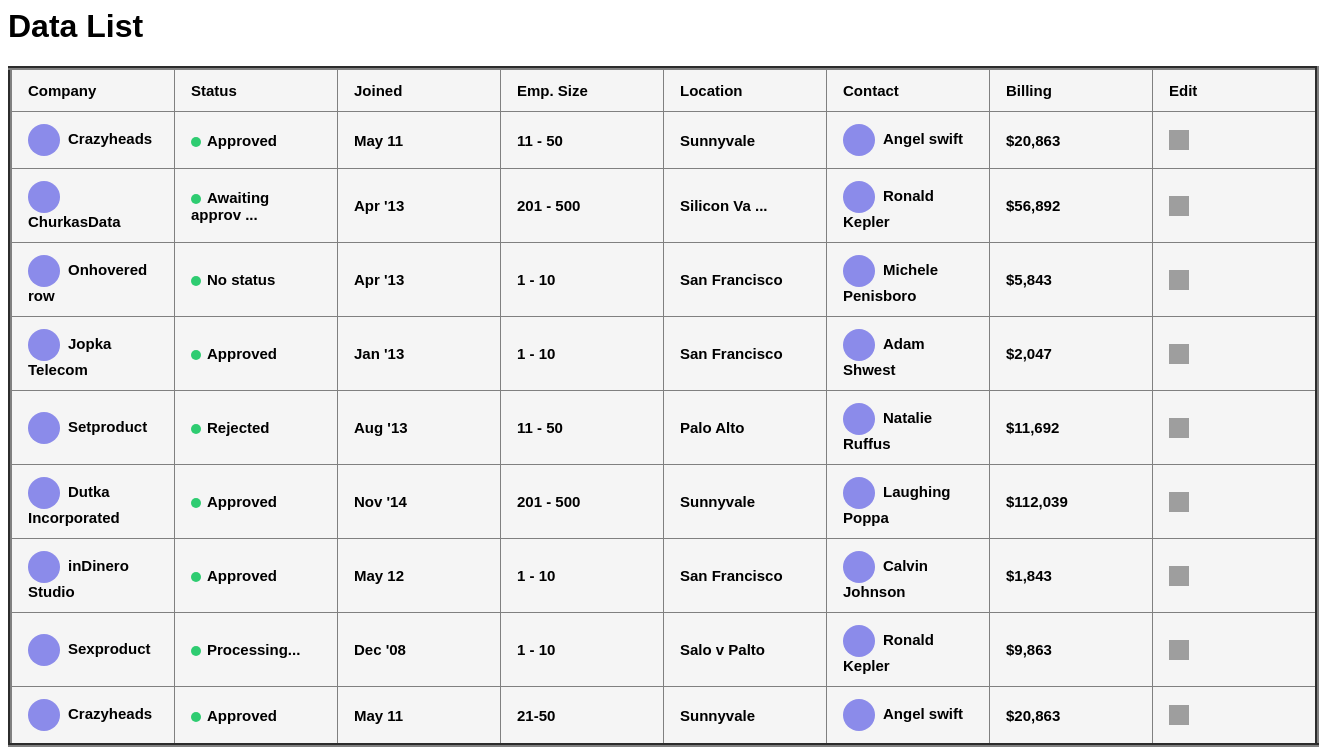
Repository: AdityaTech-Pro/FullStackWithBridgelabz
Page: Assignment2/Data_List/index.html
An editor plug-in stored every save of this project. The page is shown before and after the next save, followed by the edit.
The browser window is 1280 px wide. The page is 1319 px wide, so the pictures cover 1319 px, including what lies to the right of the window. The pictures show the whole page.
Pictures or frames that could not be fetched are drawn as grey boxes.

Above is the page before, as saved 2025-10-15 10:11:32.

### Assignment2/Data_List/index.html
<html>

<head>
    <style>
        body {
            font-family: Arial, Helvetica, sans-serif;
        }

        .center {
            margin-left: auto;
            margin-right: auto;
        }
        /* improve table appearance */

        table.center {
            border-collapse: collapse;
            width: 90%;
            max-width: 1100px;
        }

        table.center th,
        table.center td {
            padding: 12px 16px;
            text-align: left;
            font-size: 15px;
            vertical-align: middle;
            min-width: 130px;
        }

        table.center th {
            background: #f5f5f5;
        }
        /* small icon class for action images */

        .icon {
            width: 20px;
            height: 20px;
            vertical-align: middle;
        }
        /* circular avatar placeholder that can contain an image */

        .avatar {
            display: inline-block;
            width: 32px;
            height: 32px;
            border-radius: 50%;
            background: rgb(139, 139, 234);
            margin-right: 8px;
            vertical-align: middle;
            overflow: hidden;
        }

        .avatar img {
            width: 100%;
            height: 100%;
            object-fit: cover;
            display: block;
        }
        /* small status dot to show approval, pending, etc. */

        .status-dot {
            display: inline-block;
            width: 10px;
            height: 10px;
            border-radius: 50%;
            background: #2ecc71;
            /* green = approved */
            margin-right: 6px;
            vertical-align: middle;
        }

        .status2-dot {
            display: inline-block;
            width: 10px;
            height: 10px;
            border-radius: 50%;
            background: #f50b0b;
            /* green = approved */
            margin-right: 6px;
            vertical-align: middle;
        }
    </style>
</head>
<title>
    <h2>Welcome to My Web Page</h2>
</title>

<body>
    <table border="4" cellspacing="1" cellpadding="4" class="center">
        <h1 class="center">Data List</h1>
        <tr>
            <th>Company</th>
            <th>Status</th>
            <th>Joined</th>
            <th>Emp. Size</th>
            <th>Location</th>
            <th>Contact</th>
            <th>Billing</th>
            <th>Edit</th>
        </tr>

        <tr>
            <th><span class="avatar" id="avatar-crazyheads" title="Add logo"></span>Crazyheads</th>
            <th><span class="status-dot"></span>Approved</th>
            <th>May 11</th>
            <th>11 - 50</th>
            <th>Sunnyvale</th>
            <th><span class="avatar" id="avatar-crazyheads" title="Add logo"></span>Angel swift</th>
            <th>$20,863</th>
            <th>
                <img class="icon " src="https://www.svgrepo.com/show/325130/edit-pencil.svg " alt="Edit ">
            </th>
        </tr>

        <tr>
            <th><span class="avatar" id="avatar-crazyheads" title="Add logo"></span>ChurkasData</th>
            <th><span class="status-dot"></span>Awaiting approv ...</th>
            <th>Apr '13</th>
            <th>201 - 500</th>
            <th> Silicon Va ...</th>
            <th><span class="avatar" id="avatar-crazyheads" title="Add logo"></span>Ronald Kepler</th>
            <th>$56,892</th>
            <th>
                <img class="icon " src="https://www.svgrepo.com/show/325130/edit-pencil.svg " alt="Edit ">
            </th>
        </tr>

        <tr>
            <th><span class="avatar" id="avatar-crazyheads" title="Add logo"></span>Onhovered row</th>
            <th><span class="status-dot"></span>No status</th>
            <th>Apr '13</th>
            <th>1 - 10</th>
            <th>San Francisco</th>
            <th><span class="avatar" id="avatar-crazyheads" title="Add logo"></span>Michele Penisboro</th>
            <th>$5,843</th>
            <th>
                <img class="icon " src="https://www.svgrepo.com/show/325130/edit-pencil.svg " alt="Edit ">
            </th>
        </tr>

        <tr>
            <th><span class="avatar" id="avatar-crazyheads" title="Add logo"></span>Jopka Telecom</th>
            <th><span class="status-dot"></span>Approved</th>
            <th>Jan '13</th>
            <th>1 - 10</th>
            <th>San Francisco</th>
            <th><span class="avatar" id="avatar-crazyheads" title="Add logo"></span>Adam Shwest</th>
            <th>$2,047</th>
            <th>
                <img class="icon " src="https://www.svgrepo.com/show/325130/edit-pencil.svg " alt="Edit ">
            </th>
        </tr>

        <tr>
            <th><span class="avatar" id="avatar-crazyheads" title="Add logo"></span>Setproduct</th>
            <th><span class="status-dot"></span>Rejected</th>
            <th>Aug '13</th>
            <th>11 - 50</th>
            <th>Palo Alto</th>
            <th><span class="avatar" id="avatar-crazyheads" title="Add logo"></span>Natalie Ruffus</th>
            <th>$11,692</th>
            <th>
                <img class="icon " src="https://www.svgrepo.com/show/325130/edit-pencil.svg " alt="Edit ">
            </th>

            <tr>
                <th><span class="avatar" id="avatar-crazyheads" title="Add logo"></span>Dutka Incorporated</th>
                <th><span class="status-dot"></span>Approved</th>
                <th>Nov '14</th>
                <th>201 - 500</th>
                <th>Sunnyvale</th>
                <th><span class="avatar" id="avatar-crazyheads" title="Add logo"></span>Laughing Poppa</th>
                <th>$112,039</th>
                <th>
                    <img class="icon " src="https://www.svgrepo.com/show/325130/edit-pencil.svg " alt="Edit ">
                </th>
            </tr>

            <tr>
                <th><span class="avatar" id="avatar-crazyheads" title="Add logo"></span>inDinero Studio</th>
                <th><span class="status-dot"></span>Approved</th>
                <th>May 12</th>
                <th>1 - 10</th>
                <th>San Francisco</th>
                <th><span class="avatar" id="avatar-crazyheads" title="Add logo"></span>Calvin Johnson</th>
                <th>$1,843</th>
                <th>
                    <img class="icon " src="https://www.svgrepo.com/show/325130/edit-pencil.svg " alt="Edit ">
                </th>
            </tr>

            <tr>
                <th><span class="avatar" id="avatar-crazyheads" title="Add logo"></span>Sexproduct</th>
                <th><span class="status-dot"></span>Processing...</th>
                <th>Dec '08</th>
                <th>1 - 10</th>
                <th>Salo v Palto</th>
                <th><span class="avatar" id="avatar-crazyheads" title="Add logo"></span>Ronald Kepler</th>
                <th>$9,863</th>
                <th>
                    <img class="icon " src="https://www.svgrepo.com/show/325130/edit-pencil.svg " alt="Edit ">
                </th>
            </tr>

            <tr>
                <th><span class="avatar" id="avatar-crazyheads" title="Add logo"></span>Crazyheads</th>
                <th><span class="status-dot"></span>Approved</th>
                <th>May 11</th>
                <th>21-50</th>
                <th>Sunnyvale</th>
                <th><span class="avatar" id="avatar-crazyheads" title="Add logo"></span>Angel swift</th>
                <th>$20,863</th>
                <th>
                    <img class="icon " src="https://www.svgrepo.com/show/325130/edit-pencil.svg " alt="Edit ">
                </th>
            </tr>

        </tr>

    </table>

</body>

</html>

After the next save:
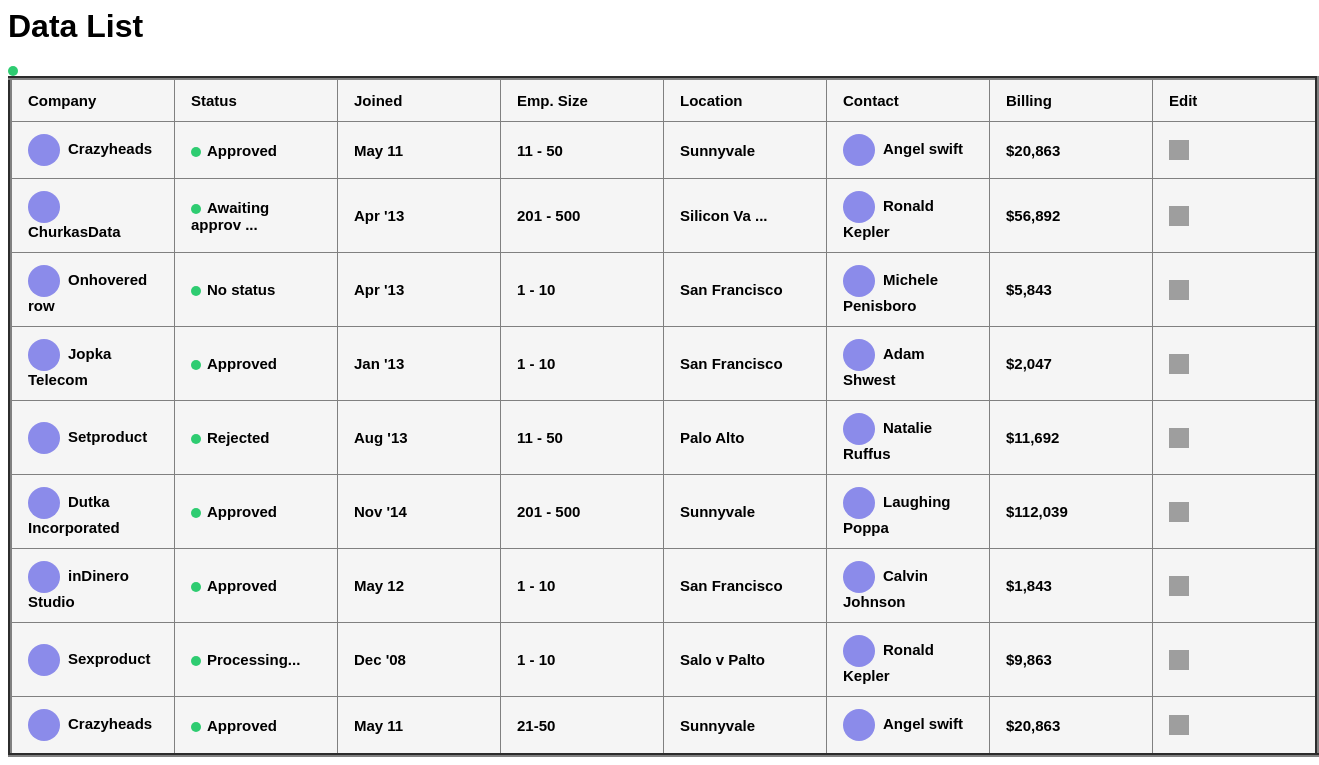
Saved 20 s later.
--- a/Assignment2/Data_List/index.html
+++ b/Assignment2/Data_List/index.html
@@ -98,7 +98,7 @@
             <th>Billing</th>
             <th>Edit</th>
         </tr>
-
+        <span class="status-dot"></span>
         <tr>
             <th><span class="avatar" id="avatar-crazyheads" title="Add logo"></span>Crazyheads</th>
             <th><span class="status-dot"></span>Approved</th>
